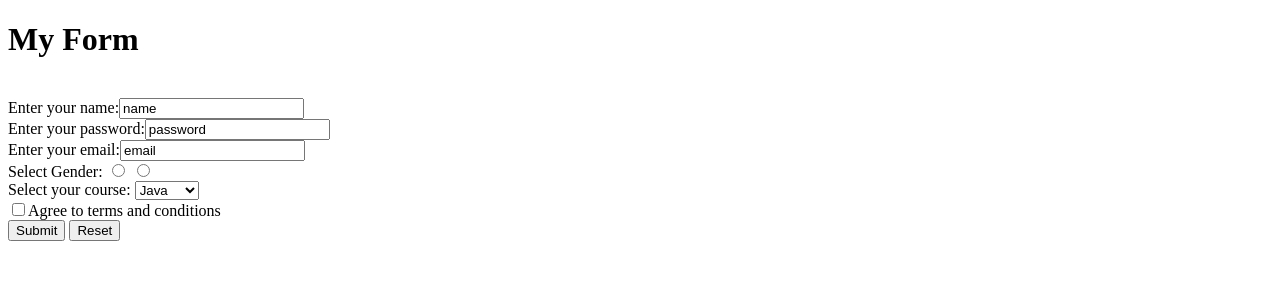
Repository: MayukhBR13/antwalk_classes
Page: MyFormAssignment070223/src/main/webapp/index.html
These files come from the project's save history. The page is drawn as it stood at one moment and after the next save; the edit follows.
The browser window is 1280 px wide. The pictures show the whole page.

Above is the page before, as saved 2023-02-07 09:31:55.

After the next save:
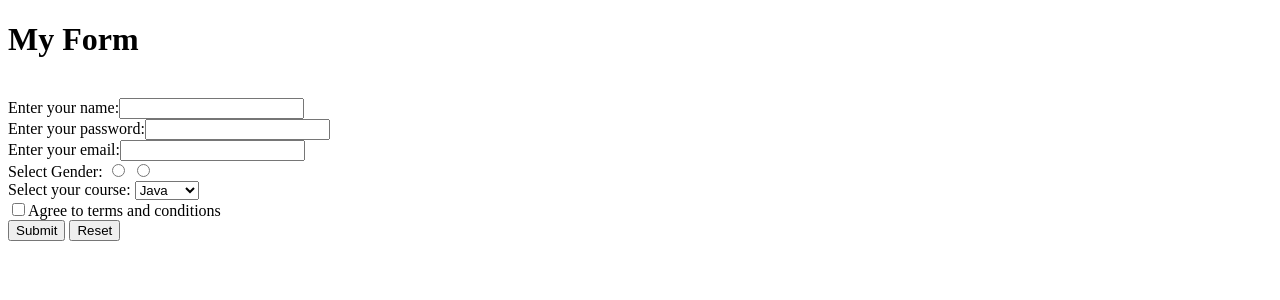
Saved 3 min 28 s later.
--- a/MyFormAssignment070223/src/main/webapp/index.html
+++ b/MyFormAssignment070223/src/main/webapp/index.html
@@ -8,9 +8,9 @@
 
 	<form action="register" method="post">
 		<h1>My Form</h1><br>
-		Enter your name:<input type="text" value="name"><br>
-		Enter your password:<input type="text" value="password"><br>
-		Enter your email:<input type="text" value="email"><br>
+		Enter your name:<input type="text" name="name"><br>
+		Enter your password:<input type="text" name="password"><br>
+		Enter your email:<input type="text" name="email"><br>
 		Select Gender: <input type="radio" name="gender" value="Male">
 					<input type="radio" name="gender" value="Female"><br>
 		Select your course:
